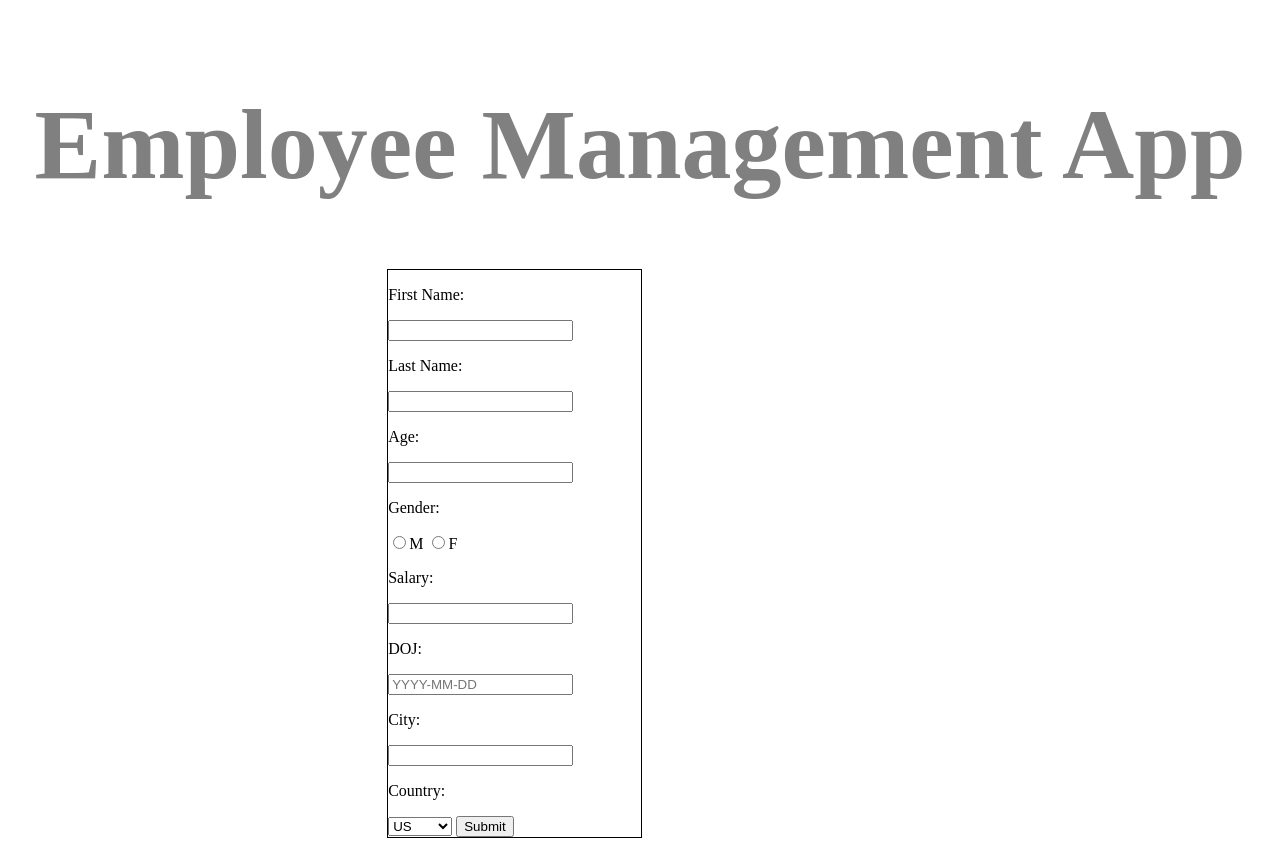
Repository: SaumyaGuptaTechnokrat/Employee_management
Page: http://localhost/Employee/index.jsp
These files come from the project's save history. The page is drawn as it stood at one moment and after the next save; the edit follows.
The browser window is 1280 px wide. The pictures show the whole page.
The page is served by Tomcat 9.

Above is the page before, as saved 2023-02-10 17:29:31.

After the next save:
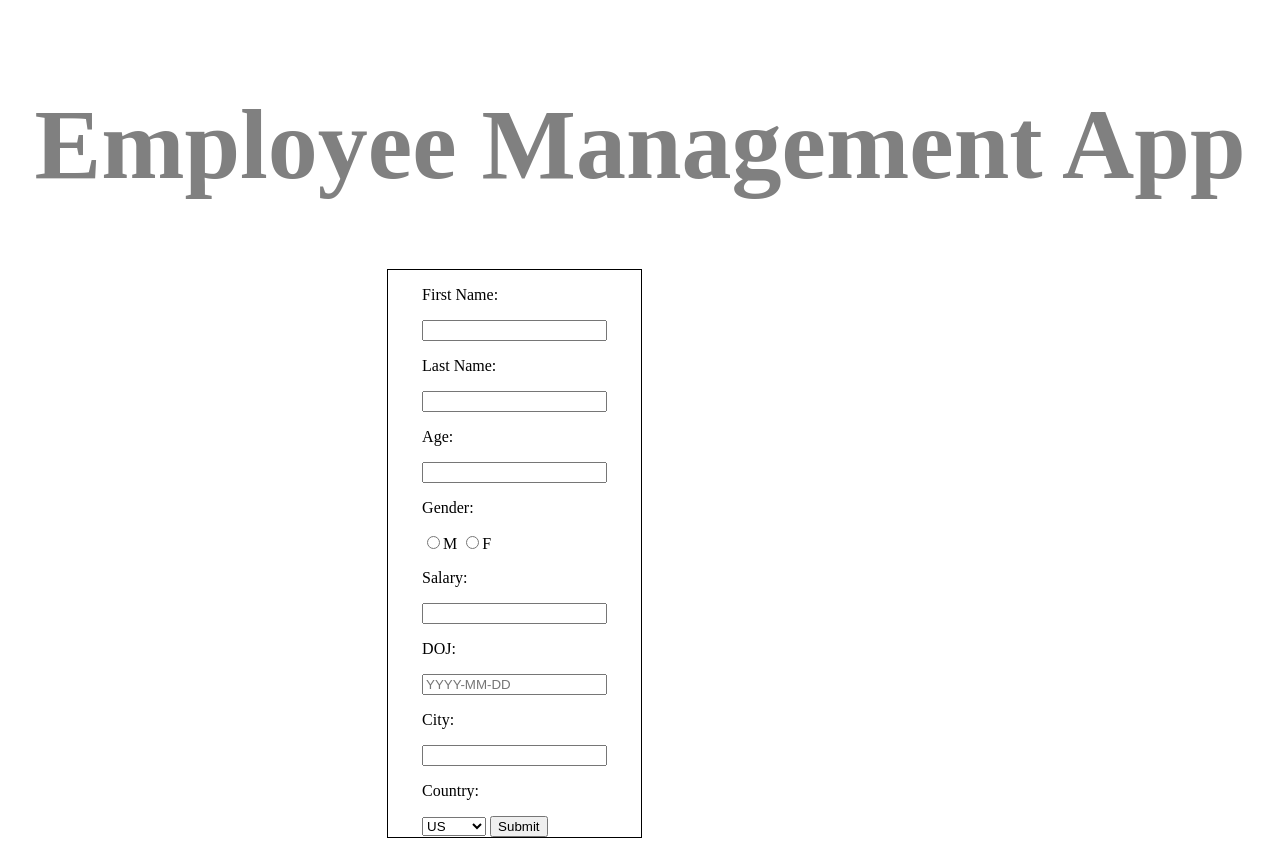
Saved 13 s later.
--- a/Employee/src/main/webapp/index.jsp
+++ b/Employee/src/main/webapp/index.jsp
@@ -9,7 +9,7 @@
 </head>
 <body>
 <h1 style="text-align:center;padding-top:20px;color:gray;font-size:100px;">Employee Management App</h1>
-<div style="margin:0% 30%;width:20%;border:1px black solid;display:grid;">
+<div style="margin:0% 30%;width:20%;border:1px black solid;display:grid;justify-content:center">
 <form action="addRecord.jsp" method="post" >
 
 		<p>First Name:</p><input name="fName" type="text"><br>
